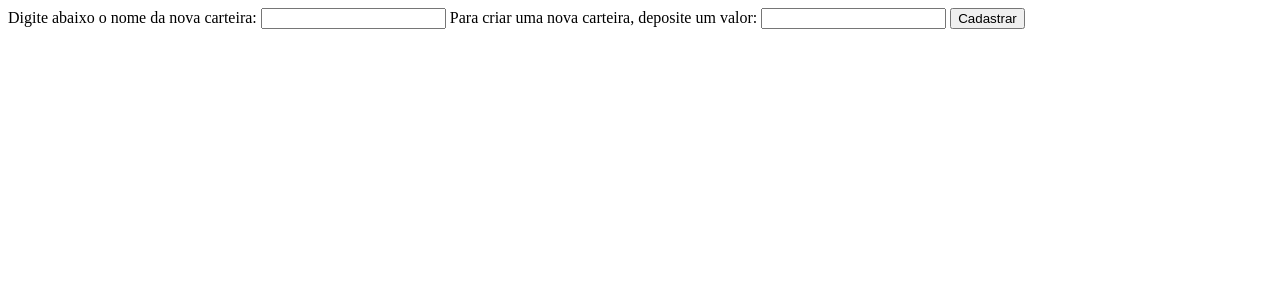
Repository: viniciusrodriguesb/IntegradorJava
Page: http://localhost/Carteira/resultSaque.jsp
These files come from the project's save history. The page is drawn as it stood at one moment and after the next save; the edit follows.
The browser window is 1280 px wide. The pictures show the whole page.
The page is served by Tomcat 9. Other server files are loaded and not shown.

Above is the page before, as saved 2022-06-21 11:44:17.

### Carteira/src/main/webapp/resultSaque.jsp
<%@ page language="java" contentType="text/html; charset=ISO-8859-1"
    pageEncoding="ISO-8859-1"%>
<!DOCTYPE html>
<html>
<head>
<meta charset="ISO-8859-1">
<title>Insert title here</title>
</head>
<body>
	<form action="sacarServlet" method="POST">

		<label>Digite abaixo o nome da nova carteira: </label>
		<input type="text" name="nomeC" id="nomeC"/>

		<label>Para criar uma nova carteira, deposite um valor: </label>
		<input type="number" name="saldoC" id="saldoC"/>

		<input type="submit" value="Cadastrar"/>
	</form>
</body>
</html>

After the next save:
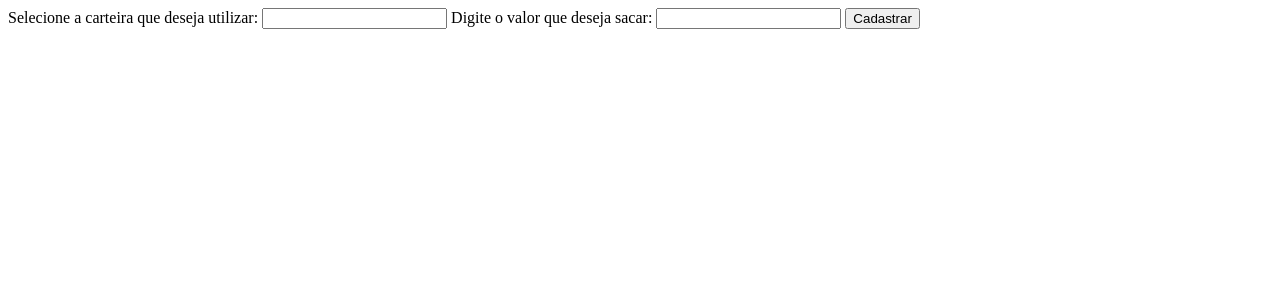
Saved 92 s later.
--- a/Carteira/src/main/webapp/resultSaque.jsp
+++ b/Carteira/src/main/webapp/resultSaque.jsp
@@ -7,12 +7,13 @@
 <title>Insert title here</title>
 </head>
 <body>
+	<!-- PÁGINA DE SAQUE   -->
 	<form action="sacarServlet" method="POST">
 
-		<label>Digite abaixo o nome da nova carteira: </label>
+		<label>Selecione a carteira que deseja utilizar: </label>
 		<input type="text" name="nomeC" id="nomeC"/>
 
-		<label>Para criar uma nova carteira, deposite um valor: </label>
+		<label>Digite o valor que deseja sacar: </label>
 		<input type="number" name="saldoC" id="saldoC"/>
 
 		<input type="submit" value="Cadastrar"/>
